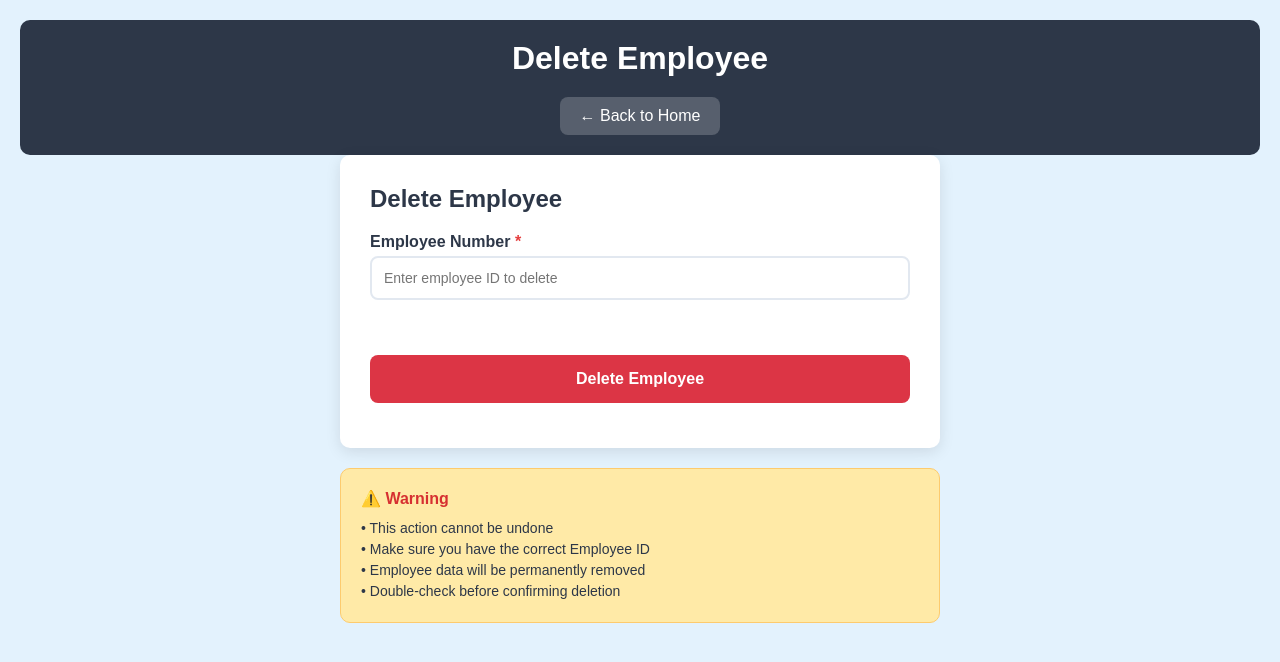
Repository: sweekrithishetty28/Employee_Salary_Management
Page: http://localhost/EmployeeWebApp/empdelete.jsp
An editor plug-in stored every save of this project. The page is shown before and after the next save, followed by the edit.
The browser window is 1280 px wide. The pictures show the whole page.
The page is served by Tomcat 9. Other server files are loaded and not shown.

Above is the page before, as saved 2025-05-29 07:37:00.

### Employee Salary Mangement/EmployeeWebApp/src/main/webapp/empdelete.jsp
<%@ page language="java" contentType="text/html; charset=UTF-8" pageEncoding="UTF-8"%>
<%@ page import="java.util.*, com.model.Employee, com.dao.EmployeeDAO" %>
<!DOCTYPE html>
<html>
<head>
<meta charset="UTF-8">
<title>Delete Employee</title>
<style>
* { margin: 0; padding: 0; box-sizing: border-box; }
body {
    font-family: Arial, sans-serif;
    background: #e3f2fd;
    min-height: 100vh;
    padding: 20px;
}
.container {
    width: 100%;
    max-width: 600px;
    margin: 0 auto;
    display: flex;
    flex-direction: column;
    gap: 20px;
}
.header {
    background: #2d3748;
    color: white;
    padding: 20px;
    border-radius: 10px;
    text-align: center;
}
.form-section {
    background: white;
    padding: 30px;
    border-radius: 10px;
    box-shadow: 0 4px 15px rgba(0,0,0,0.1);
}
label {
    font-weight: 600;
    color: #2d3748;
    display: block;
    margin-top: 15px;
    margin-bottom: 5px;
}
input {
    width: 100%;
    padding: 12px;
    margin-bottom: 15px;
    border: 2px solid #e2e8f0;
    border-radius: 8px;
    font-size: 14px;
    transition: all 0.3s ease;
}
input:focus {
    outline: none;
    border-color: #1976d2;
    box-shadow: 0 0 0 3px rgba(25, 118, 210, 0.1);
}
.submit-btn {
    background: #dc3545;
    color: white;
    border: none;
    padding: 15px 30px;
    border-radius: 8px;
    cursor: pointer;
    font-size: 16px;
    font-weight: 600;
    width: 100%;
    margin-top: 20px;
    transition: all 0.3s ease;
}
.submit-btn:hover {
    background: #c82333;
    transform: translateY(-2px);
    box-shadow: 0 4px 15px rgba(220, 53, 69, 0.4);
}
.error {
    background: #fed7d7;
    color: #c53030;
    padding: 15px;
    border-radius: 8px;
    border-left: 4px solid #e53e3e;
    margin: 15px 0;
    text-align: center;
}
.success {
    background: #c6f6d5;
    color: #276749;
    padding: 15px;
    border-radius: 8px;
    border-left: 4px solid #38a169;
    margin: 15px 0;
    text-align: center;
    font-weight: 600;
}
h2 {
    color: #2d3748;
    margin-bottom: 20px;
}
.form-group {
    margin-bottom: 20px;
}
.form-group label {
    margin-top: 0;
}
.required::after {
    content: " *";
    color: #e53e3e;
}
.back-link {
    display: inline-block;
    color: white;
    text-decoration: none;
    background: rgba(255,255,255,0.2);
    padding: 10px 20px;
    border-radius: 8px;
    margin-top: 20px;
    transition: all 0.3s ease;
    font-weight: 500;
    text-align: center;
}
.back-link:hover {
    background: rgba(255,255,255,0.3);
    transform: translateX(-5px);
}
.info-card {
    background: #ffeaa7;
    border: 1px solid #fdcb6e;
    border-radius: 10px;
    padding: 20px;
}
.info-card h4 {
    color: #d63031;
    margin-bottom: 10px;
}
.info-card p {
    color: #2d3748;
    font-size: 14px;
    line-height: 1.5;
}
</style>
</head>
<body>
    <div class="header">
        <h1>Delete Employee</h1>
        <a href="index.jsp" class="back-link">← Back to Home</a>
    </div>

    <div class="container">
        <!-- Delete Employee Form -->
        <div class="form-section">
            <h2>Delete Employee</h2>

            <%-- Display message if exists --%>
            <%
            String msg = (String) request.getAttribute("message");
            if (msg != null) {
            String msgClass = msg.toLowerCase().contains("success") || msg.toLowerCase().contains("deleted") ? "success" : "error";
            %>
            <div class="<%= msgClass %>"><%= msg %></div>
            <% } %>

            <form method="post" action="DeleteEmployee">
                <div class="form-group">
                    <label for="empno" class="required">Employee Number</label>
                    <input type="number" id="empno" name="empno" required min="1" placeholder="Enter employee ID to delete">
                </div>

                <input type="submit" value="Delete Employee" class="submit-btn" onclick="return confirm('Are you sure you want to delete this employee?')">
            </form>
        </div>

        <div class="info-card">
            <h4>⚠️ Warning</h4>
            <p>• This action cannot be undone<br>
            • Make sure you have the correct Employee ID<br>
            • Employee data will be permanently removed<br>
            • Double-check before confirming deletion</p>
        </div>
    </div>
</body>
</html>

After the next save:
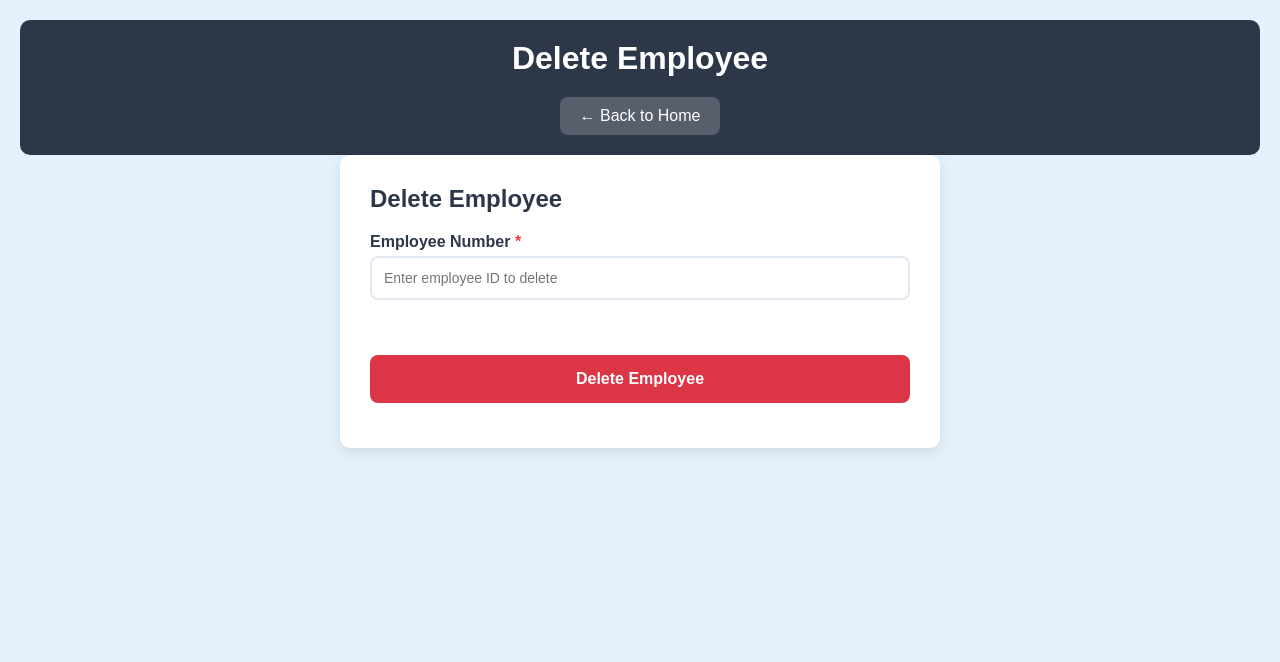
Saved 30 s later.
--- a/Employee Salary Mangement/EmployeeWebApp/src/main/webapp/empdelete.jsp
+++ b/Employee Salary Mangement/EmployeeWebApp/src/main/webapp/empdelete.jsp
@@ -122,21 +122,7 @@ h2 {
     background: rgba(255,255,255,0.3);
     transform: translateX(-5px);
 }
-.info-card {
-    background: #ffeaa7;
-    border: 1px solid #fdcb6e;
-    border-radius: 10px;
-    padding: 20px;
-}
-.info-card h4 {
-    color: #d63031;
-    margin-bottom: 10px;
-}
-.info-card p {
-    color: #2d3748;
-    font-size: 14px;
-    line-height: 1.5;
-}
+
 </style>
 </head>
 <body>
@@ -169,13 +155,7 @@ h2 {
             </form>
         </div>
 
-        <div class="info-card">
-            <h4>⚠️ Warning</h4>
-            <p>• This action cannot be undone<br>
-            • Make sure you have the correct Employee ID<br>
-            • Employee data will be permanently removed<br>
-            • Double-check before confirming deletion</p>
-        </div>
+
     </div>
 </body>
 </html>
